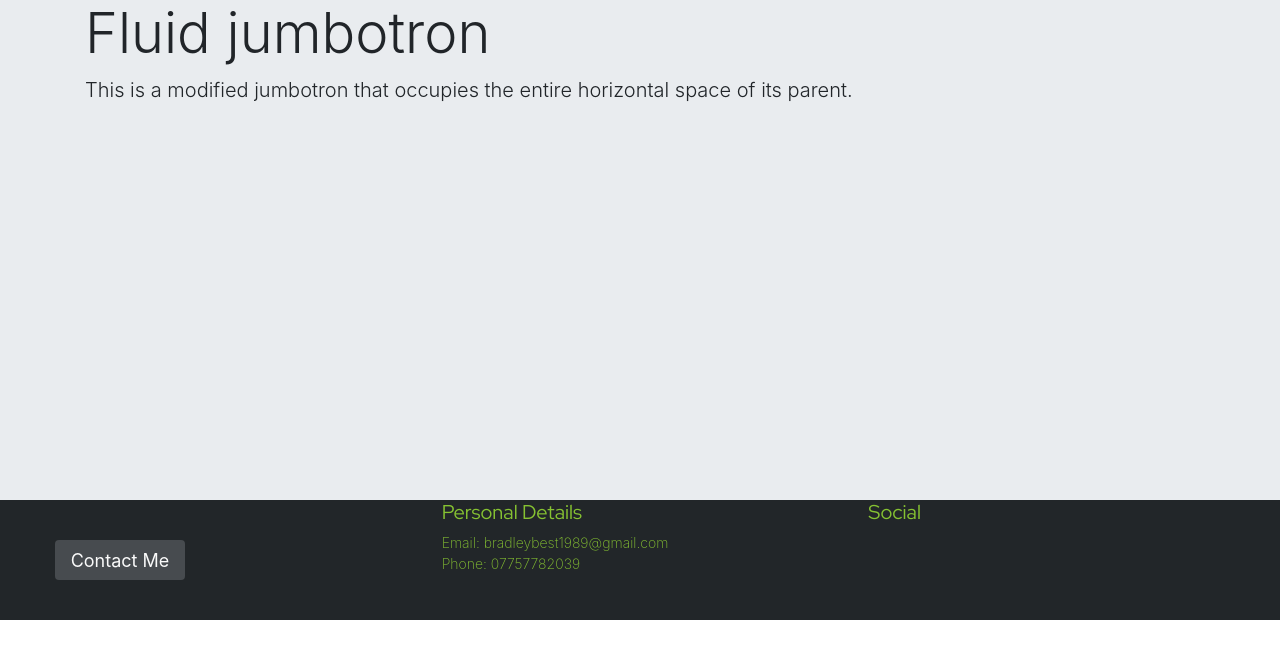
Repository: Brad000/Resume-project
Page: index.html
The author's editor kept a record of every edit. The page is drawn from the files as they stood at one moment, then again after the next edit.
The browser window is 1280 px wide. The pictures show the whole page.

Above is the page before.

### index.html
<!DOCTYPE html>
<html lang="en">

<head>
    <meta charset="UTF-8">
    <meta name="viewport" content="width=device-width, initial-scale=1.0">
    <meta http-equiv="X-UA-Compatible" content="ie=edge">
    <link rel="stylesheet" href="https://stackpath.bootstrapcdn.com/bootstrap/4.3.1/css/bootstrap.min.css" type="text/css" />
    <link rel="stylesheet" href="https://stackpath.bootstrapcdn.com/font-awesome/4.7.0/css/font-awesome.min.css" type="text/css" />
    <link rel="stylesheet" href="assets/css/style.css" type="text/css" />
    <link rel="stylesheet" href="https://cdnjs.cloudflare.com/ajax/libs/hover.css/2.3.1/css/hover-min.css" type="text/css" />
    <title>Bradley Best - Resume</title>
</head>

<body>
    <section>
        <div class="jumbotron jumbotron-fluid landing-page">
            <div class="container">
                <h1 class="display-4">Fluid jumbotron</h1>
                <p class="lead">This is a modified jumbotron that occupies the entire horizontal space of its parent.</p>
            </div>
        </div>
    </section>
    <footer class="container-fluid">
        <div class="row" id="footer-details">
            <div class="col-sm-4">
                <button type="button" class="btn btn-secondary contact-button">Contact Me</button>
            </div>
            <div class="col-sm-4 personal-info">
                <h5 class="sub-headings">Personal Details</h5>
                <div class="key">
                    <p class="personal-info-text">
                        Email: bradleybest1989@gmail.com
                    </p>
                </div>
                <div class="personal-info-text">
                    <p>
                        Phone: 07757782039
                    </p>
                </div>
            </div>
            <div class="col-sm-4">
                <h5 class="sub-headings">Social</h5>
            </div>
        </div>
    </footer>
</body>

</html>

### assets/css/style.css
@import url('https://fonts.googleapis.com/css?family=Red+Hat+Display:100,200,300,400,500,600,700');

/*---------------Jumbotron------------------*/

.landing-page {
    height: 500px;
    padding: 0;
    margin: 0;
}

/*-----------Padding/Margins/Text-----------*/

.sub-headings {
    font-family: 'Red Hat Display', sans-serif;
    font-weight: 400;

}


/*-----------------Footer-------------------*/

footer {
    background-color: #222629;
    color: #86c232;
    min-height: 120px;
    margin: 0;
    font-size: 18px;
}

.contact-button {
    width: 130px;
    border: 0;
    height: 40px;
    margin: 40px;
    text-align: center;
    font-size: 18px;
    color: #fafafa;
    background: #474b4f;
    transition: background 0.35s ease-in-out;
    -moz-transition: background 0.35s ease-in-out;
    -webkit-transition: background 0.35s ease-in-out;
    -o-transition: background 0.35s ease-in-out;
}

.contact-button:hover {
    background-color: #86c232
}

.footer-headings {
    margin-top: 15px;
}

.personal-info-text {
    margin: 0;
    font-size: 14px;
    font-weight: 200;
}

.footer-headings p {
    margin: 0;
}

.cv-link {
    margin-left: 5px;
    font-size: 16px;
    color: #86c232;
    transition: background 0.35s ease-in-out;
    -moz-transition: background 0.35s ease-in-out;
    -webkit-transition: background 0.35s ease-in-out;
    -o-transition: background 0.35s ease-in-out;
}

.cv-link:hover {
    color: #61842f;
}

After the next edit:
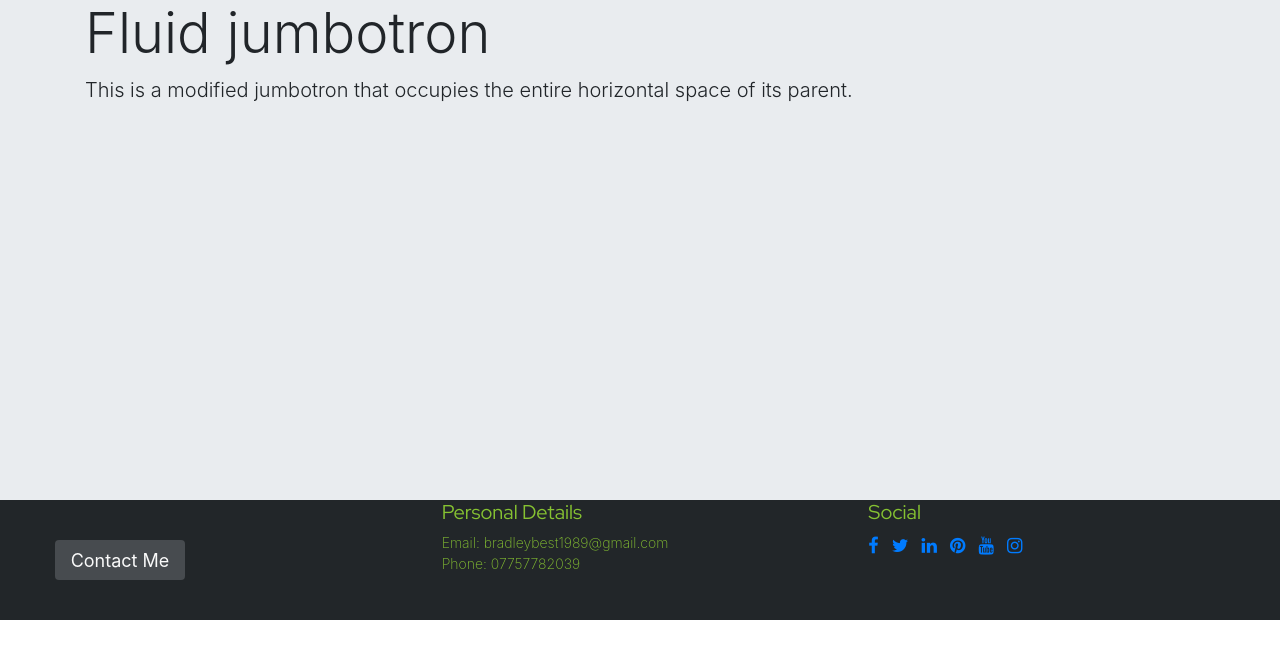
The edit:
--- a/index.html
+++ b/index.html
@@ -41,6 +41,44 @@
             </div>
             <div class="col-sm-4">
                 <h5 class="sub-headings">Social</h5>
+                <ul class="list-inline social-links">
+                    <li class="list-inline-item">
+                        <a target="_blank" href="#">
+                            <i class="fa fa-facebook" aria-hidden="true"></i>
+                            <span class="sr-only">Facebook</span>
+                        </a>
+                    </li>
+                    <li class="list-inline-item">
+                        <a target="_blank" href="#">
+                            <i class="fa fa-twitter" aria-hidden="true"></i>
+                            <span class="sr-only">Twitter</span>
+                        </a>
+                    </li>
+                    <li class="list-inline-item">
+                        <a target="_blank" href="#">
+                            <i class="fa fa-linkedin" aria-hidden="true"></i>
+                            <span class="sr-only">Linkedin</span>
+                        </a>
+                    </li>
+                    <li class="list-inline-item">
+                        <a target="_blank" href="#">
+                            <i class="fa fa-pinterest" aria-hidden="true"></i>
+                            <span class="sr-only">Pinterest</span>
+                        </a>
+                    </li>
+                    <li class="list-inline-item">
+                        <a target="_blank" href="#">
+                            <i class="fa fa-youtube" aria-hidden="true"></i>
+                            <span class="sr-only">YouTube</span>
+                        </a>
+                    </li>
+                    <li class="list-inline-item">
+                        <a target="_blank" href="#">
+                            <i class="fa fa-instagram" aria-hidden="true"></i>
+                            <span class="sr-only">Instagram</span>
+                        </a>
+                    </li>
+                </ul>
             </div>
         </div>
     </footer>
